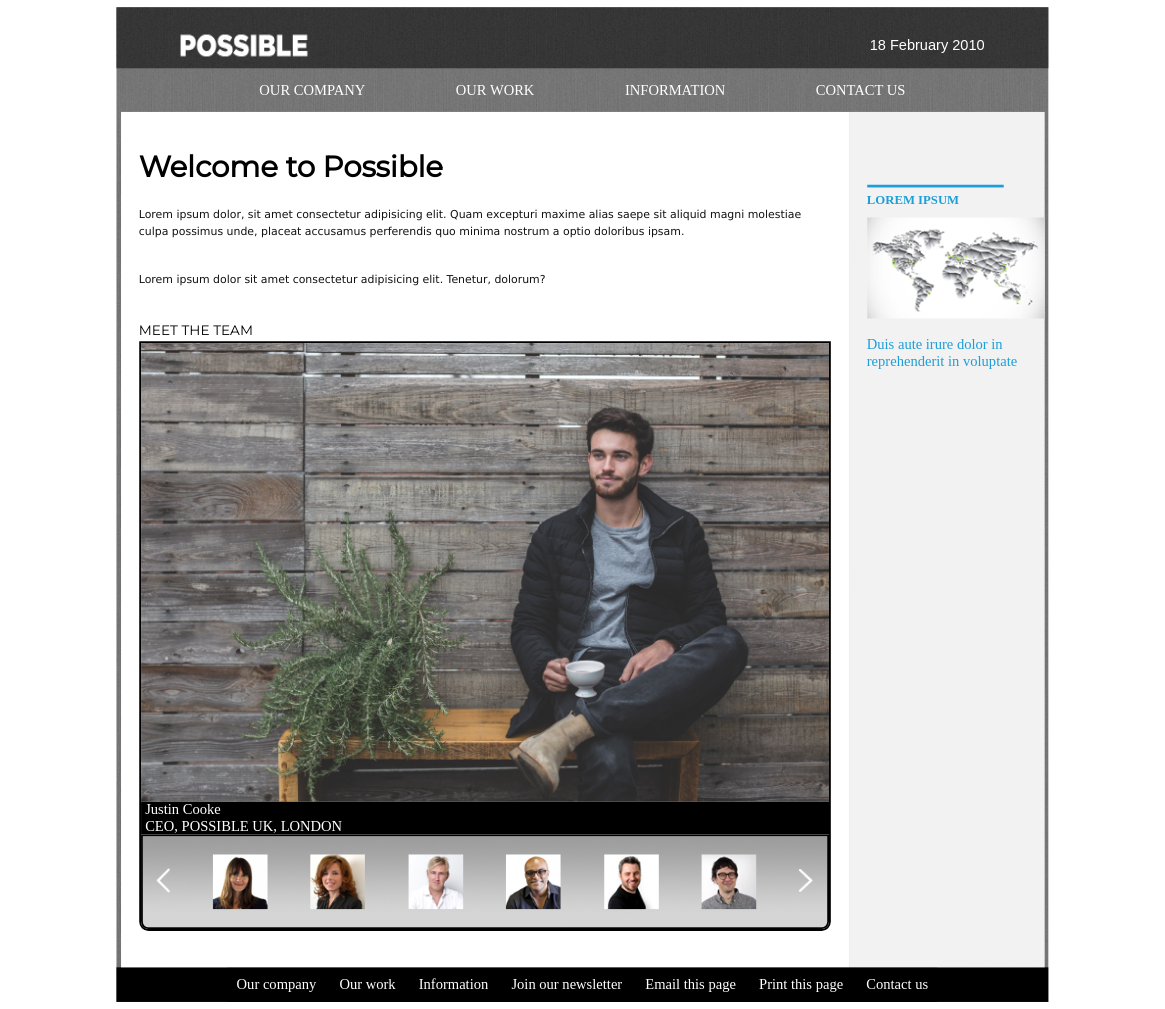
Repository: grzegorzgebala/possible-site
Page: index.html
An editor plug-in stored every save of this project. The page is shown before and after the next save, followed by the edit.
The browser window is 1280 px wide. The pictures show the whole page, at 91% of full size.
The style sheet was rebuilt from its Sass, Less or Tailwind sources for each picture, by a compiler version that may differ from the author's.

Above is the page before, as saved 2020-02-16 10:42:04.

### index.html
<!DOCTYPE html>
<html>
	<head>
        <meta charset="utf-8">
        <link href="https://fonts.googleapis.com/css?family=Montserrat&display=swap" rel="stylesheet">
		<link rel="stylesheet" type="text/css" href="css/style.css">
		<title>Possible page</title>
	</head>
	<body>
        <div class="container">
            <header>
                <img src="images/logo.png" alt="possible logo">
                <div class="date">18 February 2010</div>
            </header>
            <nav class="menu">
                <ul>
                    <li>our company</li>
                    <li>our work</li>
                    <li>information</li>
                    <li>contact us</li>
                </ul>
            </nav>
            <div class="mainSite">
                <div class="leftSide">
                    <h1>Welcome to Possible</h1>
                    <article>Lorem ipsum dolor, sit amet consectetur adipisicing elit. Quam excepturi maxime alias saepe sit aliquid magni molestiae culpa possimus unde, placeat accusamus perferendis quo minima nostrum a optio doloribus ipsam.</article>
                    <article>Lorem ipsum dolor sit amet consectetur adipisicing elit. Tenetur, dolorum?</article>
                    <div class="meetTitle">Meet the team</div>
                    <div class="carousel">
                        <img id="big" src="/images/employees/picture1.png" alt="possible logo">
                        <div class="descriptor">
                            <div>Justin Cooke</div>
                            <div>CEO, POSSIBLE UK, LONDON</div>
                        </div>
                        <div class="miniatures">
                            <div>
                                <img src="/images/icons/leftArrow.png" alt="leftArrow">
                            </div>
                            <img id="1" src="/images/employees/min1.png" alt="person1">
                            <img id="2" src="/images/employees/min2.png" alt="person2">
                            <img id="3" src="/images/employees/min3.png" alt="person3">
                            <img id="4" src="/images/employees/min4.png" alt="person4">
                            <img id="5" src="/images/employees/min5.png" alt="person5">
                            <img id="6" src="/images/employees/min6.png" alt="person6">
                            <div>
                                <img src="/images/icons/rightArrow.png" alt="rightArrow">
                            </div>
                            <!-- <img src="/images/employees/min7.png" alt="person7">
                            <img src="/images/employees/min8.png" alt="person8">
                            <img src="/images/employees/min9.png" alt="person9">
                            <img src="/images/employees/min10.png" alt="person10"> -->
                        </div>
                    </div>
                </div>
                <div class="rightSide">
                    <div class="rightTitle">lorem ipsum</div>
                    <img src="/images/map.png" alt="map">
                    <p>Duis aute irure dolor  in reprehenderit in voluptate</p>
                </div>
            </div>
            <footer>
                <ul>
                    <li>our company</li>
                    <li>our work</li>
                    <li>information</li>
                    <li>join our newsletter</li>
                    <li>email this page</li>
                    <li>print this page</li>
                    <li>contact us</li>
                </ul>
            </footer>
        </div>
    </body>
    <script type="text/javascript" src="/js/script.js"></script>
</html>

### js/script.js
const a = document.getElementById("1");
const big = document.getElementById("big");

a.addEventListener('click', (click) => {
    console.log(click);
    big.setAttribute('src', '/images/employees/min1.png');
})

### sass/style.scss
// variables
$menuElementsColor: #ffffff;
$contentElementsColor: #000000;
$footerBackgroundColor: #000000;
$menuHooverColor: #000000;
$activeMenuColor: #1d9ed9;
$sideMenuColor: #1d9ed9;
$fontMenu: "Proxima Nova";
$leftSideBackgroundColor: #ffffff;
$rightSideBackgroundColor: #f2f2f2;
$contentHeaderFont: "Montserrat", sans-serif;;
$contentDescriptionFont: "Verdana";
$contentColor: #121212;

// page style
.container {
    max-width: 1024px;
    margin: 0 auto;
    background-image: url("/images/mainBackground.png");
}

// header style
header {
    background-image: url("/images/backgroundHeader.png");
    display: flex;
    justify-content: space-between;
    padding: 30px 70px 13px 70px;

    .date {
        color: $menuElementsColor;
        // font-size: 12px;
        line-height: 24px;
        font-family: "Arial";
        // font-weight: bold;
    }
}

// menu
.menu ul {
    max-width: 760px;
    margin: 5px auto;
    display: flex;
    justify-content: space-between;
    list-style-type: none;
    color: $menuElementsColor;
    text-transform: uppercase;
    padding: 0;

    :hover {
        background-color: $menuHooverColor;
        color: $activeMenuColor;
        cursor: pointer;
    }

    li {
        padding: 10px 25px;
    }
}

// main content
.mainSite {
    max-width: 760px;
    margin: 0 auto;
    display: flex;
    justify-content: center;
    flex-direction: row;

    .leftSide {
        width: 100%;
        background-color: $leftSideBackgroundColor;
        padding: 40px 20px;

        h1 {
            font-family: $contentHeaderFont;
            margin: 0;
        }

        article {
            font-family: $contentDescriptionFont;
            font-size: 12px;
            line-height: 18px;
            color: $contentColor;
            margin-top: 25px;
            margin-bottom: 35px;
        }
        .meetTitle {
            font-size: 15px;
            line-height: 24px;
            text-transform: uppercase;
            color: $contentElementsColor;
            font-family: $contentHeaderFont;
        }

        .descriptor {
            background-color: black;
            padding-left: 5px;

            div {
                color: white;
            }
        }

        .carousel {
            display: flex;
            flex-direction: column;
            border: 2px solid black;
            border-bottom-left-radius: 10px;
            border-bottom-right-radius: 10px;

            .miniatures {
                overflow: hidden;
                background-image: url("/images/carouseleBackground.png");
                display: flex;
                justify-content: space-between;
                align-items: center;
                padding: 20px 15px;
                border: 2px solid black;
                border-bottom-left-radius: 8px;
                border-bottom-right-radius: 8px;
            }
        }
    }


    .rightSide {
        background-color: $rightSideBackgroundColor;
        width: 40%;
        padding-left: 20px;

        .rightTitle {
            text-transform: uppercase;
            color: $sideMenuColor;
            font-weight: bold;
            font-size: 14px;
            line-height: 18px;
            border-top: 3px solid $sideMenuColor;
            width: 150px;
            margin-top: 80px;
            margin-bottom: 10px;
            padding-top: 5px;
        }

        p {
            color: $sideMenuColor;
        }
    }

}

// footer
footer {
    background: $footerBackgroundColor;
}

footer ul {
    display: flex;
    justify-content: space-between;
    max-width: 760px;
    margin: 0 auto;
    list-style-type: none;
    color: $menuElementsColor;
    background: $footerBackgroundColor;
    padding: 10px;

    :hover {
        color: $activeMenuColor;
        cursor: pointer;
    }

    li::first-letter {
        text-transform: uppercase;
    }
}

After the next save:
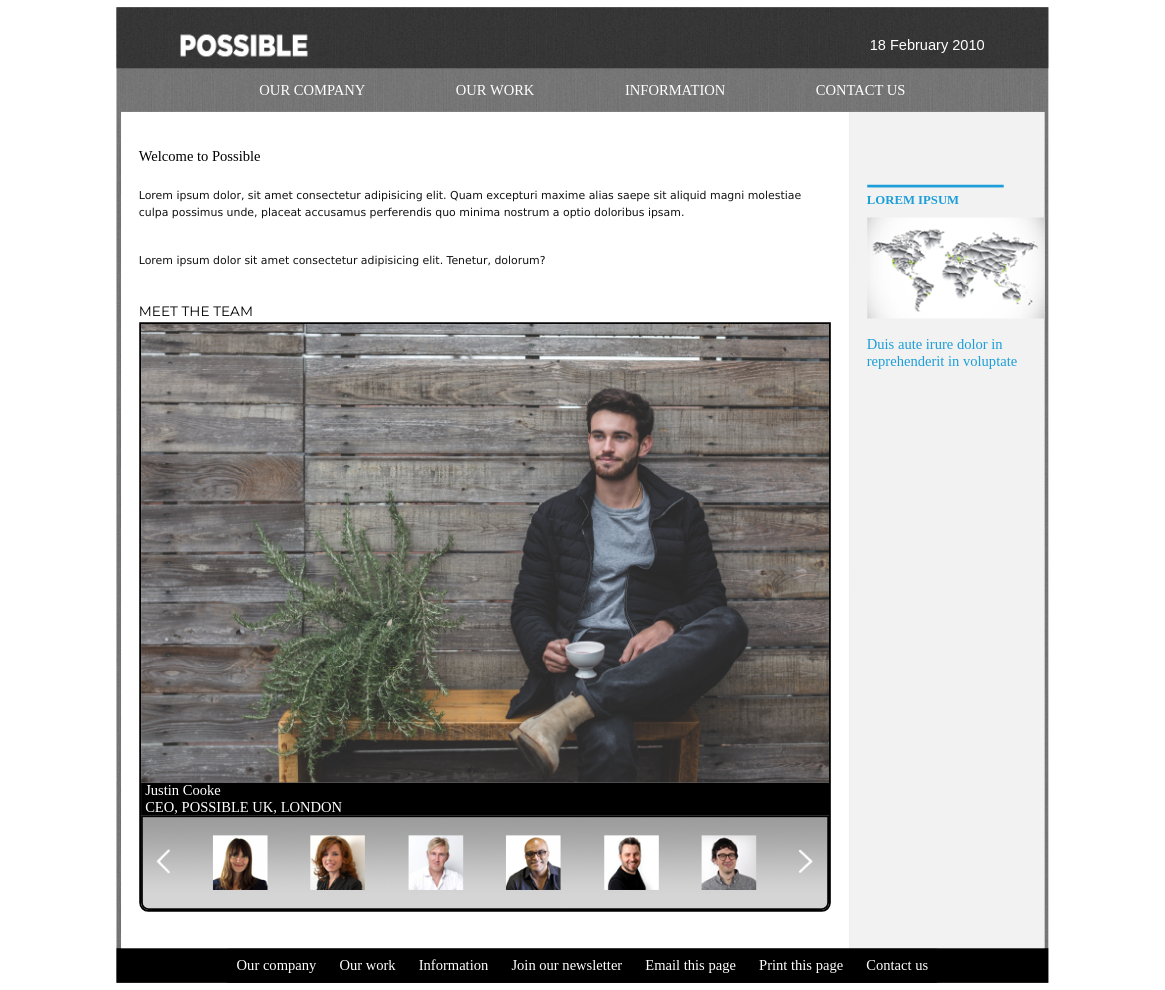
Saved 2 min 59 s later.
--- a/index.html
+++ b/index.html
@@ -22,7 +22,7 @@
             </nav>
             <div class="mainSite">
                 <div class="leftSide">
-                    <h1>Welcome to Possible</h1>
+                    <div class="welcome">Welcome to Possible</div>
                     <article>Lorem ipsum dolor, sit amet consectetur adipisicing elit. Quam excepturi maxime alias saepe sit aliquid magni molestiae culpa possimus unde, placeat accusamus perferendis quo minima nostrum a optio doloribus ipsam.</article>
                     <article>Lorem ipsum dolor sit amet consectetur adipisicing elit. Tenetur, dolorum?</article>
                     <div class="meetTitle">Meet the team</div>
